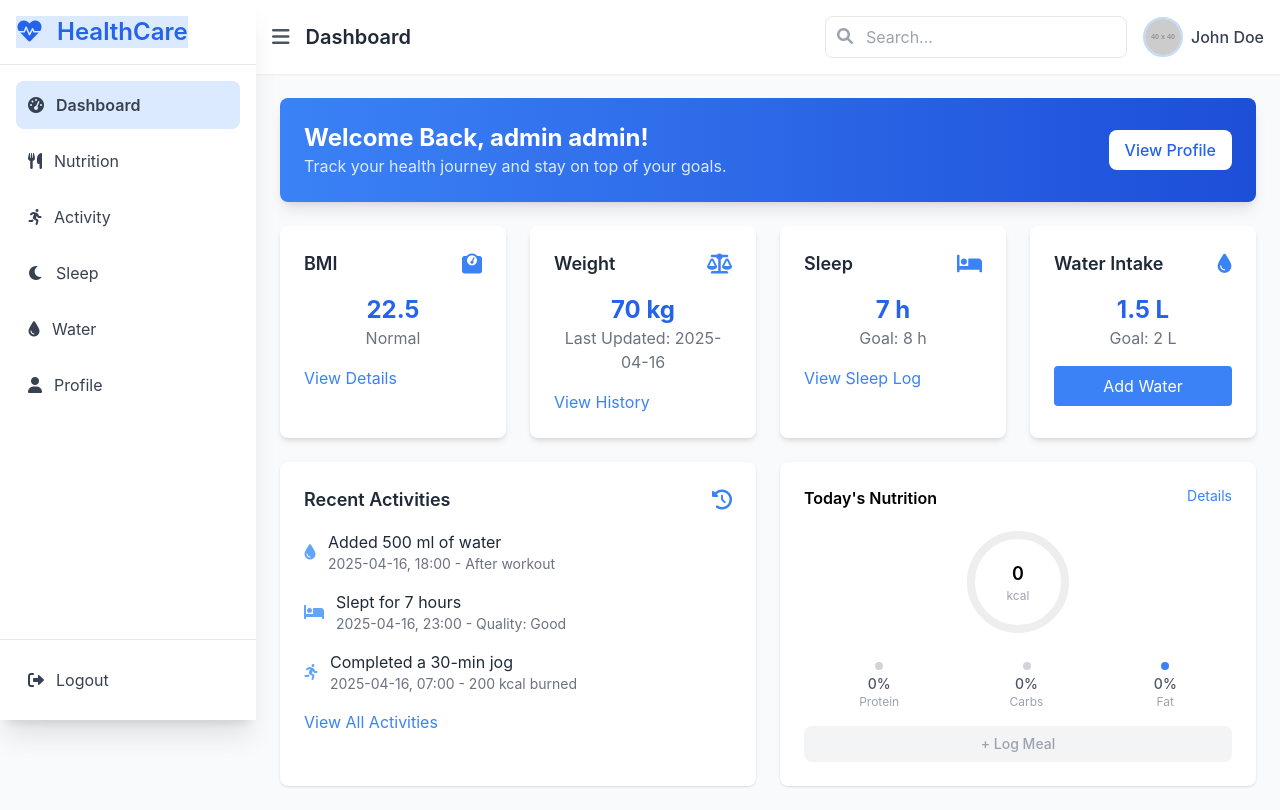
Repository: Khank2104/Khank
Page: http://localhost/
The author's editor kept a copy of each file at every save. The page is drawn from the files as they stood at one save, then again after the next save.
The browser window is 1280 px wide. The pictures show the whole page.
Some web libraries are served in a nearby version. The page is served by the project's application, run on Django 5.2 (manage.py). The first stored user is signed in. Other server files are loaded and not shown. The page reads the database file committed with the project.

Above is the page before, as saved 2025-05-16 11:40:04.

### main/templatetags/form_filters.py
from django import template

register = template.Library()

@register.filter
def add_class(field, css_class):
    return field.as_widget(attrs={"class": css_class})

### main/templates/main/dashboard.html
{% extends 'main/base.html' %}
{% block title %}Trang chủ{% endblock %}

{% block content %}
<!-- Welcome Card -->
<div class="mb-6">
    <div
        class="bg-gradient-to-r from-blue-500 to-blue-700 text-white p-6 rounded-lg shadow-lg flex justify-between items-center">
        <div>
            <h3 class="text-2xl font-bold">Welcome Back, {{ name }}!</h3>

            <p class="text-blue-100">
                Track your health journey and stay on top of your goals.
            </p>
        </div>
        <button class="bg-white text-blue-600 px-4 py-2 rounded-lg font-medium hover:bg-blue-50">
            View Profile
        </button>
    </div>
</div>

<div class="grid grid-cols-1 md:grid-cols-2 lg:grid-cols-4 gap-6">
    <!-- BMI Card -->
    <div class="card bg-white p-6 rounded-lg shadow-md">
        <div class="flex justify-between items-center mb-4">
            <h3 class="text-lg font-semibold text-gray-800">BMI</h3>
            <i class="fas fa-weight text-blue-500 text-xl"></i>
        </div>
        <div class="text-center">
            <p class="text-2xl font-bold text-blue-600">22.5</p>
            <p class="text-gray-500">Normal</p>
        </div>
        <a href="#" class="mt-4 inline-block text-blue-500 hover:text-blue-700">View Details</a>
    </div>

    <!-- Weight Card -->
    <div class="card bg-white p-6 rounded-lg shadow-md">
        <div class="flex justify-between items-center mb-4">
            <h3 class="text-lg font-semibold text-gray-800">Weight</h3>
            <i class="fas fa-balance-scale text-blue-500 text-xl"></i>
        </div>
        <div class="text-center">
            <p class="text-2xl font-bold text-blue-600">70 kg</p>
            <p class="text-gray-500">Last Updated: 2025-04-16</p>
        </div>
        <a href="#" class="mt-4 inline-block text-blue-500 hover:text-blue-700">View History</a>
    </div>
    <!-- Sleep Card -->
    <div class="card bg-white p-6 rounded-lg shadow-md">
        <div class="flex justify-between items-center mb-4">
            <h3 class="text-lg font-semibold text-gray-800">Sleep</h3>
            <i class="fas fa-bed text-blue-500 text-xl"></i>
        </div>
        <div class="text-center">
            <p class="text-2xl font-bold text-blue-600">7 h</p>
            <p class="text-gray-500">Goal: 8 h</p>
        </div>
        <a href="#" class="mt-4 inline-block text-blue-500 hover:text-blue-700">View Sleep Log</a>
    </div>
    <!-- Water Intake Card -->
    <div class="card bg-white p-6 rounded-lg shadow-md">
        <div class="flex justify-between items-center mb-4">
            <h3 class="text-lg font-semibold text-gray-800">
                Water Intake
            </h3>
            <i class="fas fa-tint text-blue-500 text-xl"></i>
        </div>
        <div class="text-center">
            <p class="text-2xl font-bold text-blue-600">1.5 L</p>
            <p class="text-gray-500">Goal: 2 L</p>
        </div>
        <a href="/water-intake.html">
            <button class="mt-4 bg-blue-500 text-white px-4 py-2 rounded hover:bg-blue-600 w-full">
                Add Water
            </button>
        </a>
    </div>

</div>

<div class="grid grid-cols-1 pt-6 md:grid-cols-2 gap-6">
    <!-- Weight Trend Card -->
    <div class="bg-white rounded-lg shadow p-6 h-full">
        <div class="flex justify-between items-center mb-4">
            <h3 class="text-lg font-semibold text-gray-800">Recent Activities</h3>
            <i class="fas fa-history text-blue-500 text-xl"></i>
        </div>
        <ul class="space-y-4">
            <li class="flex items-center">
                <i class="fas fa-tint text-blue-400 mr-3"></i>
                <div>
                    <p class="text-gray-800">Added 500 ml of water</p>
                    <p class="text-sm text-gray-500">2025-04-16, 18:00 - After workout</p>
                </div>
            </li>
            <li class="flex items-center">
                <i class="fas fa-bed text-blue-400 mr-3"></i>
                <div>
                    <p class="text-gray-800">Slept for 7 hours</p>
                    <p class="text-sm text-gray-500">2025-04-16, 23:00 - Quality: Good</p>
                </div>
            </li>
            <li class="flex items-center">
                <i class="fas fa-running text-blue-400 mr-3"></i>
                <div>
                    <p class="text-gray-800">Completed a 30-min jog</p>
                    <p class="text-sm text-gray-500">2025-04-16, 07:00 - 200 kcal burned</p>
                </div>
            </li>
        </ul>
        <a href="#" class="mt-4 inline-block text-blue-500 hover:text-blue-700">View All Activities</a>
    </div>

    <!-- Today's Nutrition Card -->
    <div class="bg-white rounded-lg shadow p-6 flex flex-col justify-between h-full">
      <div class="flex justify-between items-start mb-4">
        <h3 class="text-base font-semibold text-black">Today's Nutrition</h3>
        <a href="#" class="text-sm text-blue-500 hover:underline">Details</a>
      </div>
      <div class="flex justify-center mb-6">
        <div class="relative w-28 h-28 flex items-center justify-center">
          <svg class="w-full h-full">
            <circle cx="50%" cy="50%" r="42%" stroke="#eee" stroke-width="8" fill="none" />
          </svg>
          <div class="absolute text-center">
            <p class="text-lg font-semibold text-black">0</p>
            <p class="text-xs text-gray-400">kcal</p>
          </div>
        </div>
      </div>
      <div class="flex justify-around text-center text-sm mb-4 text-gray-600">
        <div>
          <div class="w-2 h-2 mx-auto rounded-full bg-gray-300 mb-1"></div>
          <p class="text-sm font-medium">0%</p>
          <p class="text-xs text-gray-400">Protein</p>
        </div>
        <div>
          <div class="w-2 h-2 mx-auto rounded-full bg-gray-300 mb-1"></div>
          <p class="text-sm font-medium">0%</p>
          <p class="text-xs text-gray-400">Carbs</p>
        </div>
        <div>
          <div class="w-2 h-2 mx-auto rounded-full bg-blue-500 mb-1"></div>
          <p class="text-sm font-medium">0%</p>
          <p class="text-xs text-gray-400">Fat</p>
        </div>
      </div>
      <button class="w-full py-2 text-sm font-medium bg-gray-100 text-gray-400 rounded-lg cursor-not-allowed" disabled>
        + Log Meal
      </button>
    </div>
  </div>
{% endblock %}

### main/templates/main/base.html
{% load static %}
<!DOCTYPE html>
<html lang="en">

<head>
    <meta charset="UTF-8" />
    <meta name="viewport" content="width=device-width, initial-scale=1.0" />
    <title>{% block title %}HealthCare{% endblock %}</title>
    <script src="https://cdn.tailwindcss.com"></script>
    <script src="https://cdn.jsdelivr.net/npm/chart.js"></script>
    <link href="https://cdnjs.cloudflare.com/ajax/libs/font-awesome/6.0.0/css/all.min.css" rel="stylesheet" />
    <link rel="stylesheet" href="{% static 'css/styles.css' %}">
</head>

<body class="bg-gray-50">
    <div class="flex min-h-screen">
        <!-- Sidebar -->
        <div class="sidebar fixed inset-y-0 left-0 w-64 bg-white shadow-xl flex flex-col z-20">
            <div class="p-4 border-b border-gray-200">
                <h1 class="text-2xl font-bold text-blue-600 flex items-center">
                    <a href="/"><i class="fas fa-heartbeat mr-2"></i> HealthCare</a>
                </h1>
            </div>
            <nav class="flex-1 p-4">
                <ul class="space-y-2">
                    <li>
                        <a href="/" class="flex items-center p-3 text-gray-700 hover:bg-blue-50 hover:text-blue-600 rounded-lg transition-colors">
                            <i class="fas fa-tachometer-alt mr-3"></i> Dashboard
                        </a>
                    </li>
                    <li>
                        <a href="/nutrition/"
                            class="flex items-center p-3 text-gray-700 hover:bg-blue-50 hover:text-blue-600 rounded-lg transition-colors">
                            <i class="fas fa-utensils mr-3"></i> Nutrition
                        </a>
                    </li>
                    <li>
                        <a href="/activity/"
                            class="flex items-center p-3 text-gray-700 hover:bg-blue-50 hover:text-blue-600 rounded-lg transition-colors">
                            <i class="fas fa-running mr-3"></i> Activity
                        </a>
                    </li>
                    <li>
                        <a href="/sleep/"
                            class="flex items-center p-3 text-gray-700 hover:bg-blue-50 hover:text-blue-600 rounded-lg transition-colors">
                            <i class="fa-solid fa-moon mr-3"></i> Sleep
                        </a>
                    </li>
                    <li>
                        <a href="/water_intake/"
                            class="flex items-center p-3 text-gray-700 hover:bg-blue-50 hover:text-blue-600 rounded-lg transition-colors">
                            <i class="fa-solid fa-droplet mr-3"></i> Water
                        </a>
                    </li>
                    <li>
                        <a href="/profile/"
                            class="flex items-center p-3 text-gray-700 hover:bg-blue-50 hover:text-blue-600 rounded-lg transition-colors">
                            <i class="fas fa-user mr-3"></i> Profile
                        </a>
                    </li>
                </ul>
            </nav>
            <div class="p-4 border-t border-gray-200">
                <a href="#"
                    class="flex items-center p-3 text-gray-700 hover:bg-blue-50 hover:text-blue-600 rounded-lg transition-colors">
                    <i class="fas fa-sign-out-alt mr-3"></i> Logout
                </a>
            </div>
        </div>

        <!-- Main Content -->
        <div class="main-content flex-1 ml-64">
            <!-- Header -->
            <header class="bg-white shadow-sm p-4 flex justify-between items-center sticky top-0 z-10">
                <div class="flex items-center">
                    <button id="toggleSidebar" class="mr-4 text-gray-600 hover:text-blue-600">
                        <i class="fas fa-bars text-xl"></i>
                    </button>
                    <h2 class="text-xl font-semibold text-gray-800">Dashboard</h2>
                </div>
                <div class="flex items-center space-x-4">
                    <div class="relative">
                        <input type="text" placeholder="Search..."
                            class="border rounded-lg px-3 py-2 pl-10 focus:outline-none focus:ring-2 focus:ring-blue-500" />
                        <i class="fas fa-search absolute left-3 top-3 text-gray-400"></i>
                    </div>
                    <div class="flex items-center">
                        <img src="https://via.placeholder.com/40" alt="User"
                            class="w-10 h-10 rounded-full border-2 border-blue-200" />
                        <span class="ml-2 font-medium text-gray-700">John Doe</span>
                    </div>
                </div>
            </header>

            <!-- Dashboard Content -->
            <main class="flex-1 p-6 overflow-y-auto">
                {% block content %}
                <!-- Nội dung trang sẽ được chèn ở đây -->
                {% endblock %}
            </main>
        </div>
    </div>
    <!-- Thêm JavaScript -->
    <script src="{% static 'js/main.js' %}"></script>
</body>

</html>

### accounts/models.py
from django.contrib.auth.models import AbstractUser
from django.db import models

class User(AbstractUser):
    email = models.EmailField(unique=True)

    USERNAME_FIELD = 'email'
    REQUIRED_FIELDS = ['username']

    date_of_birth = models.DateField(null=True, blank=True)
    height_cm = models.FloatField(null=True, blank=True)
    weight_kg = models.FloatField(null=True, blank=True)
    gender = models.CharField(
        max_length=10,
        choices=[('male', 'Nam'), ('female', 'Nữ')],
        null=True,
        blank=True
    )

    @property
    def bmi(self):
        if self.height_cm and self.weight_kg:
            height_m = self.height_cm / 100
            return round(self.weight_kg / (height_m ** 2), 1)
        return None

### main/views.py
from django.shortcuts import render

from django.shortcuts import render, redirect
from django.contrib.auth import authenticate, login
from django.contrib import messages
from accounts.models import User  # Custom User model

# Trang chính sau khi login
from django.contrib.auth.decorators import login_required

@login_required
def dashboard(request):
    user = request.user
    return render(request, 'main/dashboard.html', {
        'name': user.get_full_name(),
        'bmi': user.bmi,
        'weight': user.weight_kg,
        'height': user.height_cm,
        'email': user.email,
        'water': 1500,   # bạn có thể lấy từ WaterIntake sau
        'sleep': 7,      # bạn có thể lấy từ SleepLog sau
    })



# Landing page - như trang giới thiệu công ty
def index(request):
    return render(request, 'main/index.html')

def activity(request):
    return render(request, 'main/activity.html')

def generate_meal_plan(request):
    return render(request, 'main/generate_meal_plan.html')

def generate_exercises(request):
    return render(request, 'main/generate_exercises.html')

def nutrition(request):
    return render(request, 'main/nutrition.html')

def sleep(request):
    return render(request, 'main/sleep.html')

def water_intake(request):
    return render(request, 'main/water_intake.html')

from accounts.forms import UserProfileForm
from django.contrib.auth.decorators import login_required

@login_required
def profile(request):
    user = request.user
    if request.method == 'POST':
        form = UserProfileForm(request.POST, instance=user)
        if form.is_valid():
            form.save()
            return redirect('profile')
    else:
        form = UserProfileForm(instance=user)

    return render(request, 'main/profile.html', {
        'form': form,
        'user': user
    })


def about(request):
    return render(request, 'main/about.html')

def service(request):
    return render(request, 'main/service.html')

def contact(request):
    return render(request, 'main/contact.html')


def base(request):
    return render(request, 'main/base.html')

# Trang đăng nhập
def authenticate_view(request):
    if request.method == 'POST':
        email = request.POST.get('email')
        password = request.POST.get('password')

        user = authenticate(request, username=email, password=password)

        if user:
            login(request, user)
            return redirect('dashboard')  # Trỏ đúng name của path trong urls.py
        else:
            messages.error(request, "Email hoặc mật khẩu không đúng.")

    return render(request, 'main/authenticate.html')

### healthcare/urls.py
"""
URL configuration for healthcare project.

The `urlpatterns` list routes URLs to views. For more information please see:
    https://docs.djangoproject.com/en/5.2/topics/http/urls/
Examples:
Function views
    1. Add an import:  from my_app import views
    2. Add a URL to urlpatterns:  path('', views.home, name='home')
Class-based views
    1. Add an import:  from other_app.views import Home
    2. Add a URL to urlpatterns:  path('', Home.as_view(), name='home')
Including another URLconf
    1. Import the include() function: from django.urls import include, path
    2. Add a URL to urlpatterns:  path('blog/', include('blog.urls'))
"""

from django.contrib import admin
from django.urls import path, include

urlpatterns = [
    path('', include('main.urls')),  # Điều hướng chính
    path('admin/', admin.site.urls),
]

### main/urls.py
from django.urls import path
from . import views

from django.urls import path
from . import views

urlpatterns = [
    path('', views.dashboard, name='dashboard'),  # Trang mặc định sau đăng nhập
    path('index/', views.index, name='index'),    # Trang landing (giới thiệu, landing page)
    path('activity/', views.activity, name='activity'),
    path('generate_meal_plan/', views.generate_meal_plan, name='generate_meal_plan'),
    path('generate_exercises/', views.generate_exercises, name='generate_exercises'),
    path('nutrition/', views.nutrition, name='nutrition'),
    path('sleep/', views.sleep, name='sleep'),
    path('water_intake/', views.water_intake, name='water_intake'),
    path('profile/', views.profile, name='profile'),
    path('authenticate/', views.authenticate_view, name='authenticate'),
    path('about/', views.about, name='about'),
    path('service/', views.service, name='service'),
    path('contact/', views.contact, name='contact'),
]

### main/static/css/styles.css
body {
    font-family: "Inter", sans-serif;
}

.sidebar {
    transition: transform 0.3s ease;
    transform: translateX(0);
}

.sidebar-hidden {
    transform: translateX(-100%);
}

.main-content {
    transition: margin-left 0.3s ease;
}

.nutrition-chart-container {
    position: relative;
    height: 200px;
    width: 200px;
}

.card {
    transition: transform 0.3s ease, box-shadow 0.3s ease;
}

.card:hover {
    transform: translateY(-5px);
    box-shadow: 0 10px 20px rgba(0, 0, 0, 0.1);
}

.gradient-bg {
    background: linear-gradient(135deg, #3b82f6, #60a5fa);
}
.progress-circle {
    position: relative;
    width: 120px;
    height: 120px;
    margin: 0 auto;
}
.progress-circle svg {
    transform: rotate(-90deg);
}
.progress-circle .circle-bg {
    fill: none;
    stroke: #e5e7eb;
    stroke-width: 10;
}
.progress-circle .circle {
    fill: none;
    stroke: #38bdf8;
    stroke-width: 10;
    stroke-linecap: round;
    stroke-dasharray: 314;
    stroke-dashoffset: 0;
    transition: stroke-dashoffset 0.5s ease;
}
.progress-circle .text {
    position: absolute;
    top: 50%;
    left: 50%;
    transform: translate(-50%, -50%);
    font-size: 1.5rem;
    font-weight: bold;
    color: #1e40af;
}
@media (max-width: 768px) {
    .sidebar {
        transform: translateX(-100%);
    }

    .sidebar-hidden {
        transform: translateX(-100%);
    }

    .sidebar:not(.sidebar-hidden) {
        transform: translateX(0);
    }

    .main-content {
        margin-left: 0 !important;
    }
}

.chart-container {
    position: relative;
    height: 300px;
}

### main/static/js/main.js
// Sidebar Toggle
const sidebar = document.querySelector(".sidebar");
const mainContent = document.querySelector(".main-content");
document.getElementById("toggleSidebar").addEventListener("click", () => {
    sidebar.classList.toggle("sidebar-hidden");
    if (window.innerWidth > 768) {
        if (sidebar.classList.contains("sidebar-hidden")) {
            mainContent.style.marginLeft = "0";
        } else {
            mainContent.style.marginLeft = "16rem";
        }
    }
});

// Lấy pathname hiện tại (VD: /nutrition.html)
const currentPath = window.location.pathname;

// Lấy tất cả các liên kết trong sidebar
const sidebarLinks = document.querySelectorAll('.sidebar a');

sidebarLinks.forEach(link => {
    // Nếu đường dẫn của link trùng với đường dẫn hiện tại
    if (link.getAttribute('href') === currentPath) {
        link.classList.add('bg-blue-100', 'text-blue-600', 'font-semibold');
    }
});

### db.sqlite3 (the tables this page reads, as SQL)
CREATE TABLE "accounts_user" ("id" integer NOT NULL PRIMARY KEY AUTOINCREMENT, "password" varchar(128) NOT NULL, "last_login" datetime NULL, "is_superuser" bool NOT NULL, "username" varchar(150) NOT NULL UNIQUE, "first_name" varchar(150) NOT NULL, "last_name" varchar(150) NOT NULL, "is_staff" bool NOT NULL, "is_active" bool NOT NULL, "date_joined" datetime NOT NULL, "date_of_birth" date NULL, "height_cm" real NULL, "weight_kg" real NULL, "gender" varchar(10) NULL, "email" varchar(254) NOT NULL UNIQUE, "last_weight_update" date NULL);
INSERT INTO "accounts_user" VALUES
(1, 'pbkdf2_sha256$1000000$89Nfag4CzvaoSIYnkGKqeh$k6QK25u3SlKRuifElngOElyH8S2tV/NwaGY9JKVfLUc=', '2025-06-03 11:11:44.468077', 1, 'admin', 'admin', 'admin', 1, 1, '2025-05-17 06:22:47.186972', '1994-12-12', 170.0, 70.0, 'male', 'admin@gmail.com', NULL),
(2, 'pbkdf2_sha256$1000000$KhZjVpHFrdMJ07XPteB4bX$SYqnBSLvU8hlZeWscY4M6WAyuxn2LRkAWmxr7Bxdqc8=', '2025-05-18 16:00:04.813906', 0, 'khanh', 'nguyen', 'Khanh', 0, 1, '2025-05-17 20:26:37.598070', '1994-12-12', 170.0, 60.0, 'male', 'khanh@gmail.com', NULL),
(3, 'pbkdf2_sha256$1000000$isnIHZgWomAYekvJXPzwIb$olWZcaqmkukywDyD0G8BSDYcML+y1iff+F+SE7zy7ng=', '2025-05-18 15:08:22.650568', 0, 'hung', 'hung', 'hung', 0, 1, '2025-05-18 15:08:21.751547', '2002-09-10', 170.0, 60.0, 'male', 'hung@gmail.com', NULL),
(4, 'pbkdf2_sha256$1000000$DYlPa6VoLDIWjPlEWTdr8Z$yGGaOo86K16G++DEyGq3MrLTWD8nsj6julzhztAUZmU=', '2025-05-18 15:21:08.871498', 0, 'tin', 'tin', 'nguyen', 0, 1, '2025-05-18 15:19:35.423499', '1991-09-10', 170.0, 70.0, 'male', 'tin@gmail.com', NULL),
(5, 'pbkdf2_sha256$1000000$pNa38njcJTdTWCqLpasV3G$bJluGPZ1ZHa/AOC56Yk7O0zsc6+lITcqc88lK7fI2c4=', '2025-05-18 15:44:30.583935', 0, 'khang', 'khang', 'nguyen', 0, 1, '2025-05-18 15:44:30.169527', '2001-09-02', 170.0, 56.0, 'male', 'khang@gmail.com', NULL),
(6, 'pbkdf2_sha256$1000000$NbDcqMi72pvjHB5sd7FEVR$q1yT0kZJN3+p1ukOy7WRVtTV/iO4J1Imh+5xgd1GNaM=', '2025-06-03 13:42:24.536930', 0, 'Khank', 'khánh', 'Nguyễn', 0, 1, '2025-05-18 16:45:23.822279', '2004-04-21', 170.0, 55.0, 'male', 'nnkhanh159@gmail.com', NULL),
(7, 'pbkdf2_sha256$1000000$wLqZVnfa3k81ZQL3SsTair$b0bxNBgp3Bhz3RqxZYlHQ+4kH7gkseEq018ek/YBdII=', '2025-05-20 01:47:28.976001', 0, 'tinthanh', 'tin', 'thanh', 0, 1, '2025-05-20 01:47:28.621010', '2004-09-22', 170.0, 70.0, 'male', 'tin123@gmail.com', NULL),
(8, 'pbkdf2_sha256$1000000$iGPZXDTAW8CunOpDd9vVkm$S5uflzA96nnqsNGCf9YZTrtJJbj04XZh+NLf4Ai6Izo=', '2025-05-20 02:45:31.633477', 0, 'khank', 'khank', 'nguyen', 0, 1, '2025-05-20 02:45:31.288118', '2004-04-21', 170.0, 54.5, 'male', 'khank@gmail.com', '2025-05-21'),
(9, 'pbkdf2_sha256$1000000$QVzsIC1WBJaD9UzpYBIn8K$rbTf++F5mdUwlg+DKRIK5Enkx3OsfMNbR+7JjFZl5I0=', '2025-05-29 04:02:34.226480', 0, 'huy', 'huy', 'quoc', 0, 1, '2025-05-29 04:02:33.839614', '2004-04-21', 170.0, 60.0, 'male', 'huy123@gmail.com', NULL),
(10, 'pbkdf2_sha256$1000000$3MQpEpOBe8k78pY6Vy3bUM$3qCZ6ebsplyrCR1flrw4XzSo3qJNKCwkjLN8YU55sHA=', '2025-05-31 11:05:36.220812', 0, 'test', 'test', 'test', 0, 1, '2025-05-31 11:05:35.859565', '2004-05-22', 165.0, 50.0, 'female', 'test@gmail.com', NULL),
(11, 'pbkdf2_sha256$1000000$mFSsqaq53FSsXIZM0Cy7ZI$lzaSADGixIpagGp6rpWhEgRo49uzfvPC1r6OdgBA2IA=', '2025-05-31 18:30:31.372236', 0, 'demo', 'demo', 'doan', 0, 1, '2025-05-31 18:02:59.310563', '2004-06-22', 180.0, 60.0, 'male', 'demo@gmail.com', NULL);

After the next save:
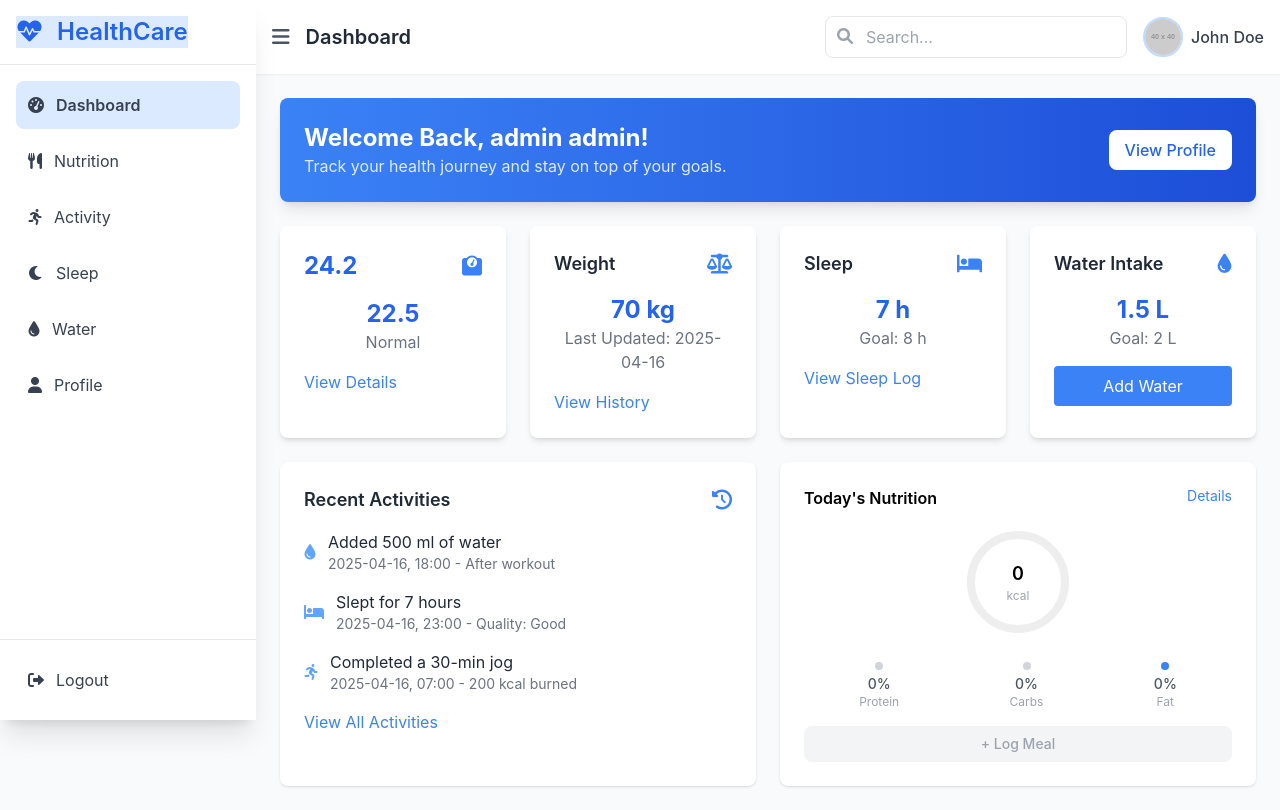
Saved 10 s later.
--- a/main/templates/main/dashboard.html
+++ b/main/templates/main/dashboard.html
@@ -23,7 +23,8 @@
     <!-- BMI Card -->
     <div class="card bg-white p-6 rounded-lg shadow-md">
         <div class="flex justify-between items-center mb-4">
-            <h3 class="text-lg font-semibold text-gray-800">BMI</h3>
+            <p class="text-2xl font-bold text-blue-600">{{ bmi }}</p>
+
             <i class="fas fa-weight text-blue-500 text-xl"></i>
         </div>
         <div class="text-center">
